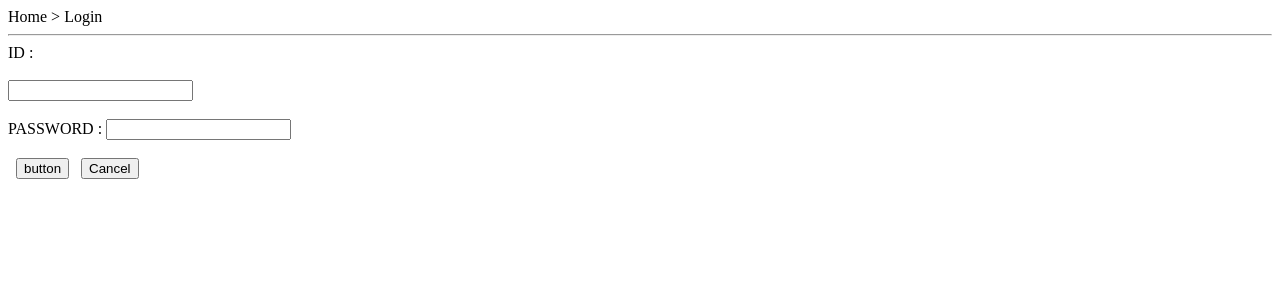
Repository: parkgyutaee/My_JAVA_Project
Page: http://localhost/JSPStudy/form_login.jsp
An editor plug-in stored every save of this project. The page is shown before and after the next save, followed by the edit.
The browser window is 1280 px wide. The pictures show the whole page.
The page is served by Tomcat 9.

Above is the page before, as saved 2025-07-10 01:02:57.

After the next save:
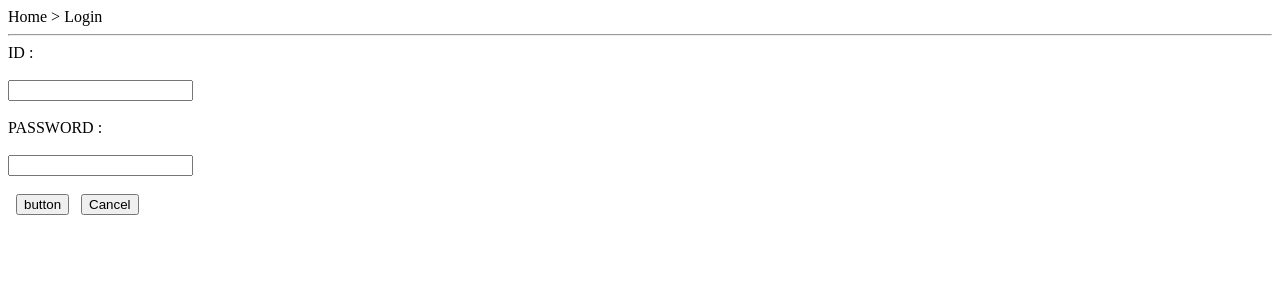
Saved 11 s later.
--- a/Workspace/JSPStudy/src/main/webapp/form_login.jsp
+++ b/Workspace/JSPStudy/src/main/webapp/form_login.jsp
@@ -12,7 +12,7 @@
 	<form action="#" method = "get">
 	ID : <br><br>
 	<input type = "text"  name = "id" > <br><br>
-	PASSWORD :
+	PASSWORD : <br><br>
 	<input type = "password" name = "password"> <br><br>
 	&nbsp; <input type = "submit"  value = "button"> &nbsp;
 			   <input type = "reset" value = "Cancel">
